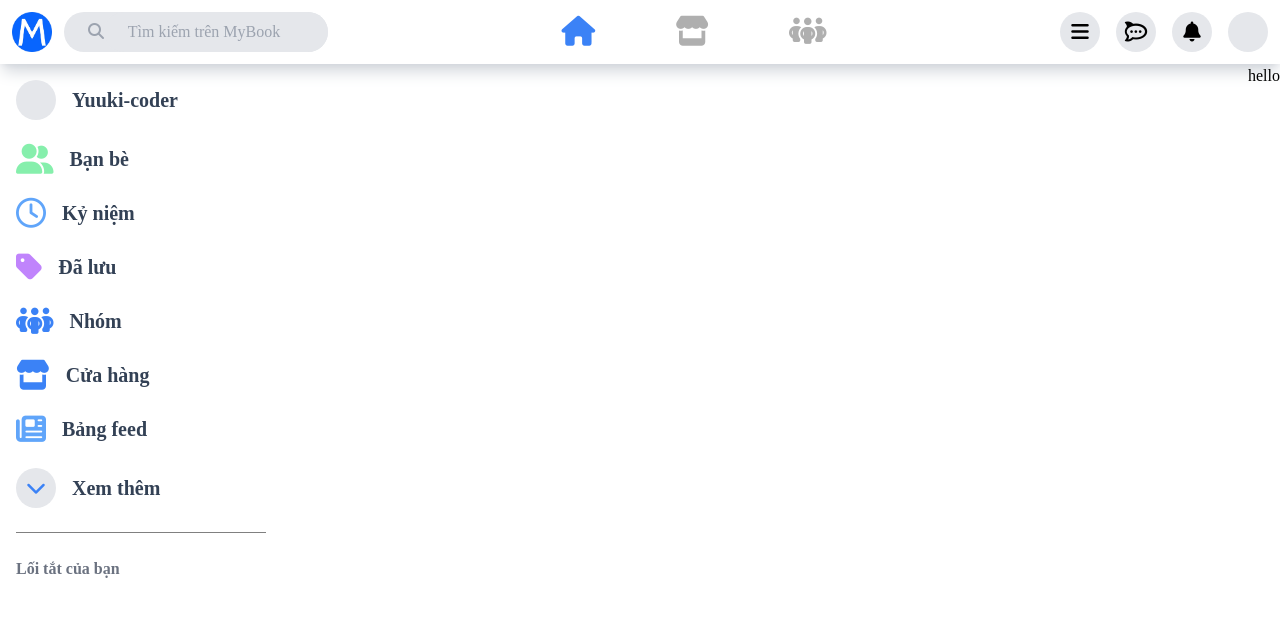
Repository: Yuukicoder/MyBook
Page: / (app in mybook/)
These files come from the project's save history. The page is drawn as it stood at one moment and after the next save; the edit follows.
The browser window is 1280 px wide. The pictures show the whole page.
The project was rebuilt for these pictures with package versions that can differ from the ones it lists, and the page was loaded fresh each time.

Above is the page before, as saved 2023-12-14 09:06:43.

After the next save:
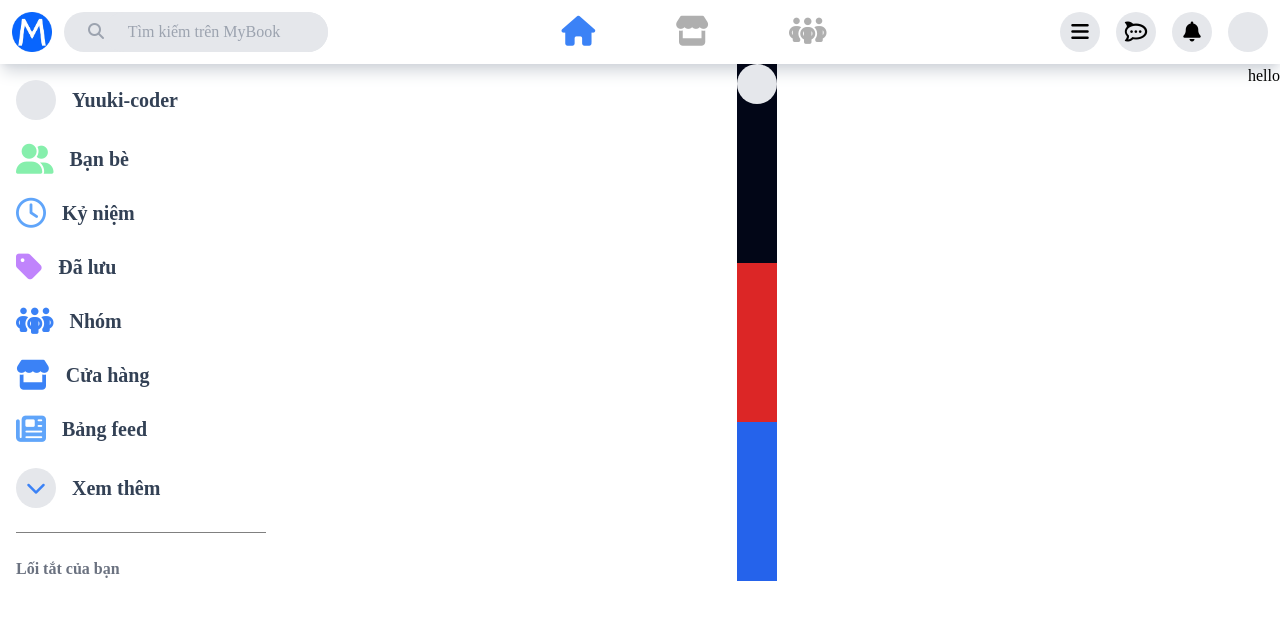
Saved 86 s later.
--- a/mybook/src/News.js
+++ b/mybook/src/News.js
@@ -1,6 +1,11 @@
 var News = () =>(
     <div class="grid">
-        <div class="News_Story bg-slate-950"></div>
+        <div class="News_Story bg-slate-950">
+            <div class="Story_Page">
+                <div class="avatar"></div>
+                <div class="author"></div>
+            </div>
+        </div>
         <div class="News_Tools bg-red-600"></div>
         <div class="News_Page bg-blue-600"></div>
     </div>
